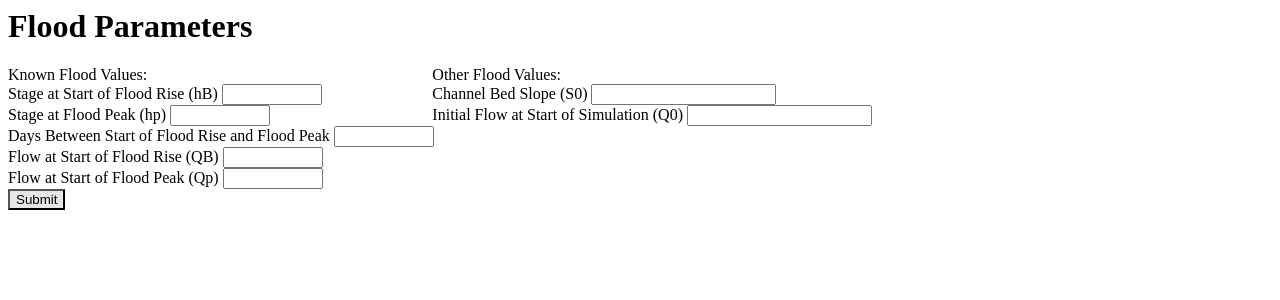
Repository: shape87/FloodAnalysis
Page: FloodAnalysis27/Web/templates/flood.html
These files come from the project's save history. The page is drawn as it stood at one moment and after the next save; the edit follows.
The browser window is 1280 px wide. The pictures show the whole page.

Above is the page before, as saved 2017-01-24 18:49:28.

After the next save:
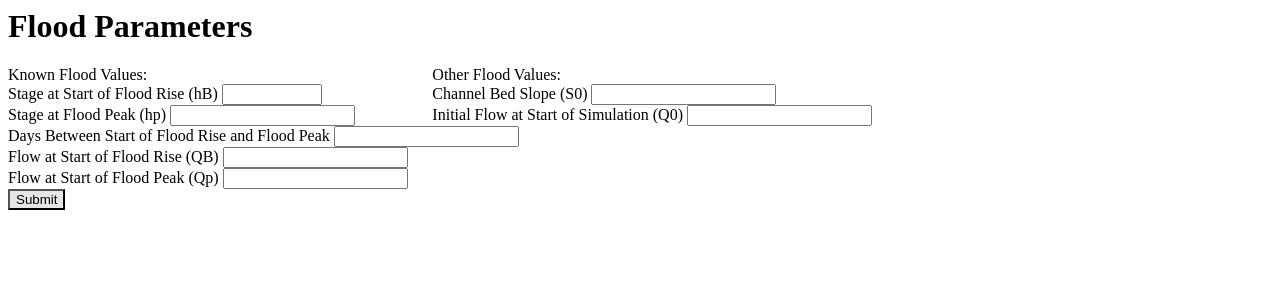
Saved 41 s later.
--- a/FloodAnalysis27/Web/templates/flood.html
+++ b/FloodAnalysis27/Web/templates/flood.html
@@ -28,25 +28,25 @@
 	 </div>
 	 <div class="form-group">
 		  <label for="stage_hp">Stage at Flood Peak (hp)</label>
-		  <input style="width: 100px" type="text" class="form-control"
+		  <input type="text" class="form-control width100"
 		  id="stage_hp" name="stage_hp" />
 	 </div>
 
 	  <div class="form-group">
 		  <label for="days_between">Days Between Start of Flood Rise and Flood Peak</label>
-		  <input style="width: 100px" type="text" class="form-control"
+		  <input type="text" class="form-control width100"
 		  id="days_between" name="days_between" />
 	 </div>
 
 	  <div class="form-group">
 		  <label for="flow_QB">Flow at Start of Flood Rise (QB)</label>
-		  <input style="width: 100px" type="text" class="form-control"
+		  <input type="text" class="form-control width100"
 		  id="flow_QB" name="flow_QB" />
 	 </div>
 
 	 <div class="form-group">
 		  <label for="flow_Qp">Flow at Start of Flood Peak (Qp)</label>
-		  <input style="width: 100px" type="text" class="form-control"
+		  <input type="text" class="form-control width100"
 		  id="flow_Qp" name="flow_Qp" />
 	 </div>
 
